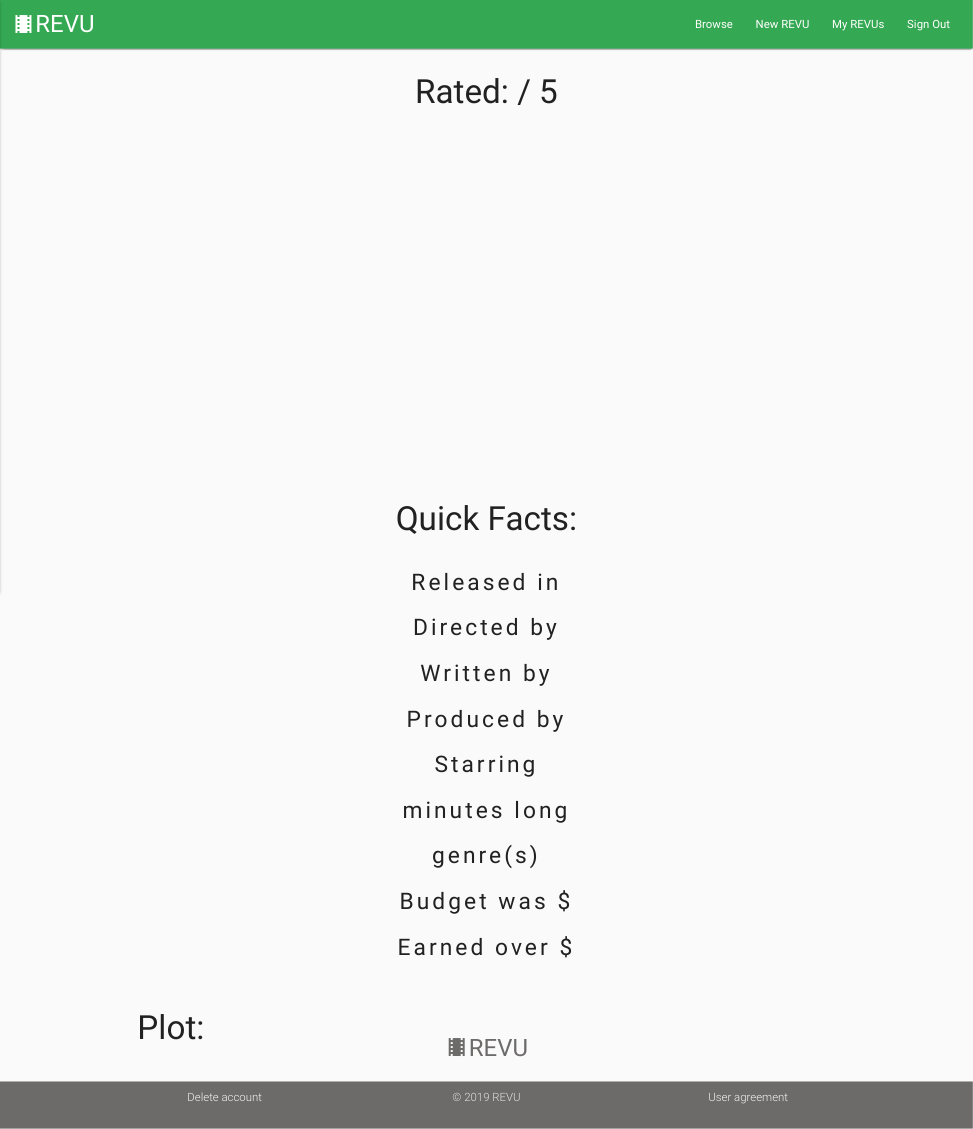
Repository: Olan1/revu
Page: templates/revu.html
The author's editor kept a record of every edit. The page is drawn from the files as they stood at one moment, then again after the next edit.
The browser window is 1280 px wide. The pictures show the whole page, at 76% of full size.
Some web libraries are served in a nearby version. The page is served by the project's application, run on Flask 3 (app.py). The template is opened directly, without the code that normally fills it, so the values that code supplies are empty.

Above is the page before.

After the next edit:
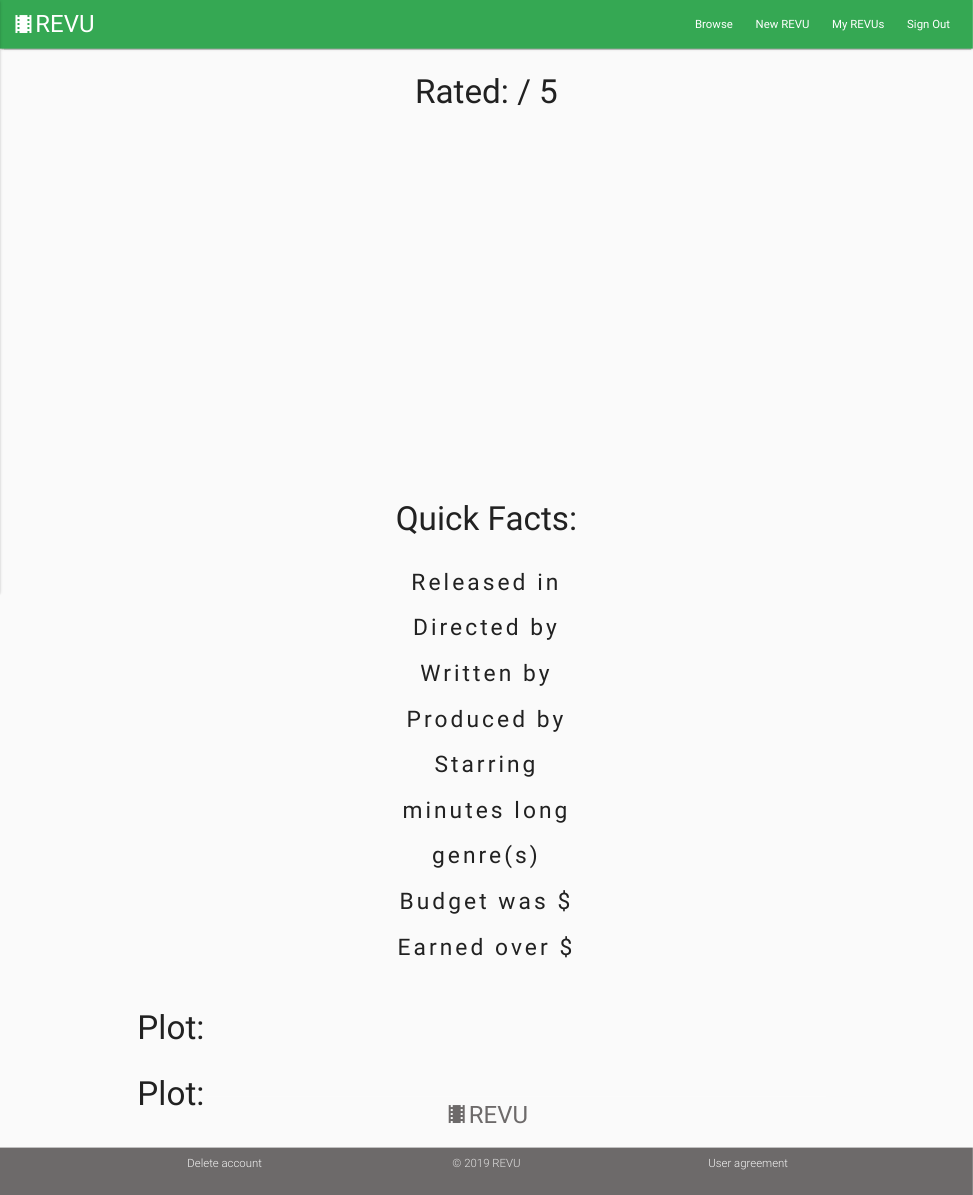
The edit:
--- a/templates/revu.html
+++ b/templates/revu.html
@@ -43,8 +43,13 @@
         <p class="left-align">{{ review.plot }}</p>
     </div>
 </div>
-
-
+<!-- Review -->
+<div class="row">
+    <div class="col-12">
+        <h3>Plot:</h3>
+        <p class="left-align">{{ review.plot }}</p>
+    </div>
+</div>
 {{ review.review }}
 
 {{ review.author }}
